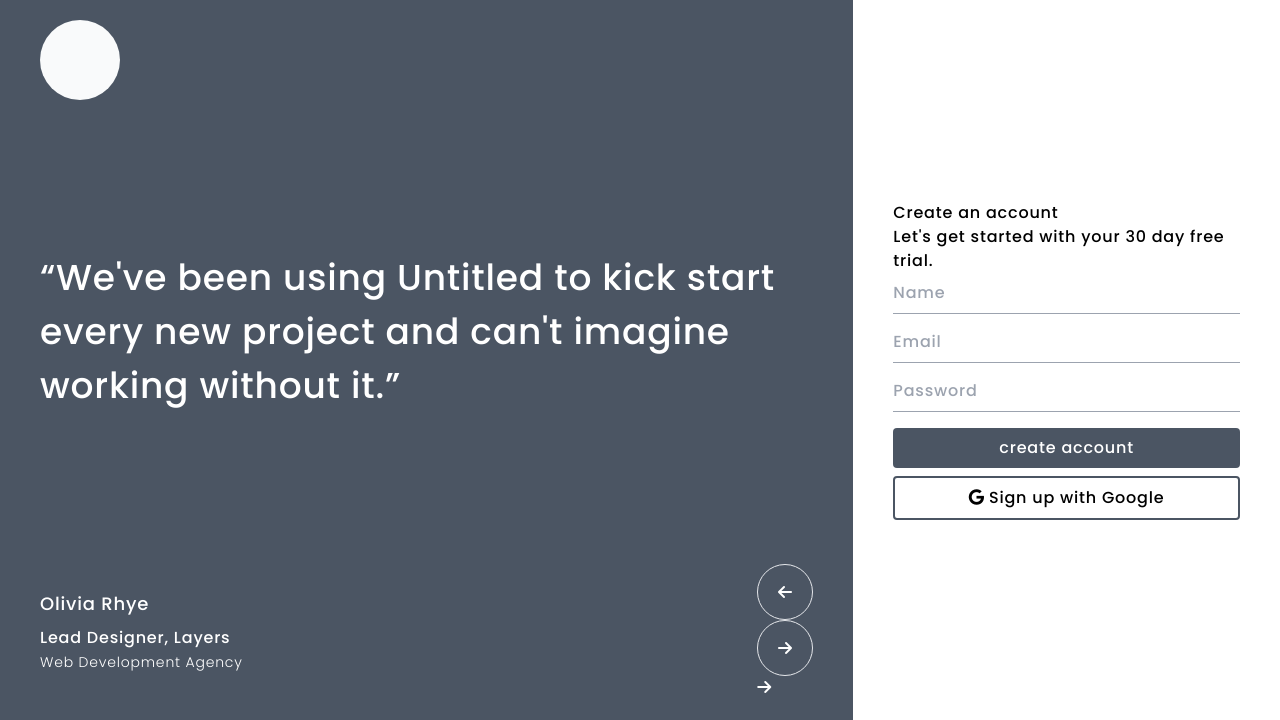
Repository: debthebuilder/youtube-html-contact-form-tailwindcss
Page: contact.html
These files come from the project's save history. The page is drawn as it stood at one moment and after the next save; the edit follows.
The browser window is 1280 px wide. The pictures show the whole page.
Some web libraries are served in a nearby version.

Above is the page before, as saved 2022-08-03 06:00:37.

### contact.html
<!DOCTYPE html>
<html lang="en">
<head>
    <meta charset="UTF-8">
    <meta http-equiv="X-UA-Compatible" content="IE=edge">
    <meta name="viewport" content="width=device-width, initial-scale=1.0">
    <link rel="stylesheet" href="https://cdnjs.cloudflare.com/ajax/libs/font-awesome/6.1.2/css/all.min.css" integrity="sha512-1sCRPdkRXhBV2PBLUdRb4tMg1w2YPf37qatUFeS7zlBy7jJI8Lf4VHwWfZZfpXtYSLy85pkm9GaYVYMfw5BC1A==" crossorigin="anonymous" referrerpolicy="no-referrer" />
    <link rel="preconnect" href="https://fonts.googleapis.com">
    <link rel="preconnect" href="https://fonts.gstatic.com" crossorigin>
    <link href="https://fonts.googleapis.com/css2?family=Poppins:wght@300;500;600&display=swap" rel="stylesheet">
    <script src="https://cdn.tailwindcss.com"></script>
    <title>HTML Contact Form</title>
    <style>
        body{
            font-family: 'Poppins', sans-serif;
        }
    </style>
</head>
<body>
    <div class="w-full h-screen flex tracking-wider">
        <!--Background Image with Overlay text-->
        <div class="w-4/6 bg-gray-600 text-white flex flex-col justify-between py-5 px-10">
            <a href="#" class="block">
                <div class="w-20 h-20 bg-gray-50 rounded-full"></div>
            </a>
            <q class="text-4xl leading-normal ">We've been using Untitled to kick start every new project and can't imagine working without it.</q>
            <div class="flex flex-row items-center justify-between">
                <div>
                    <h3 class="mb-2 text-lg">Olivia Rhye</h3>
                    <div class="font-normal">Lead Designer, Layers</div>
                    <span class="font-light text-sm">Web Development Agency</span>
                </div>
                <div>
                    <span class="w-14 h-14 flex items-center justify-center border rounded-full">
                        <i class="fa-solid fa-arrow-left"></i>
                    </span>
                    <span class="w-14 h-14 flex items-center justify-center border rounded-full">
                        <i class="fa-solid fa-arrow-right"></i>
                    </span>
                    <span>
                        <i class="fa-solid fa-arrow-right"></i>
                    </span>
                </div>
            </div>
        </div>
        <!--Form-->
        <div class="w-2/6 px-10 flex flex-col justify-center">
            <h2>Create an account</h2>
            <span>Let's get started with your 30 day free trial.</span>
            <form>
                <input type="text" name="name" placeholder="Name" class="w-full border-b border-gray-400 pb-2 focus:outline-none focus:border-0 focus:border-b-2 my-2">
                <input type="email" name="email" placeholder="Email" class="w-full border-b border-gray-400 pb-2 focus:outline-none focus:border-0 focus:border-b-2 my-2">
                <input type="password" name="password" placeholder="Password" class="w-full border-b border-gray-400 pb-2 focus:outline-none focus:border-0 focus:border-b-2 my-2">
                <button class="block bg-gray-600 w-full py-2 rounded my-2 text-white">create account</button>
                <button class="block border-2 border-gray-600  w-full py-2 rounded"><span class="mr-1"><i class="fa-brands fa-google"></i></span>Sign up with Google</button>
            </form>
        </div>
    </div>
</body>
</html>

After the next save:
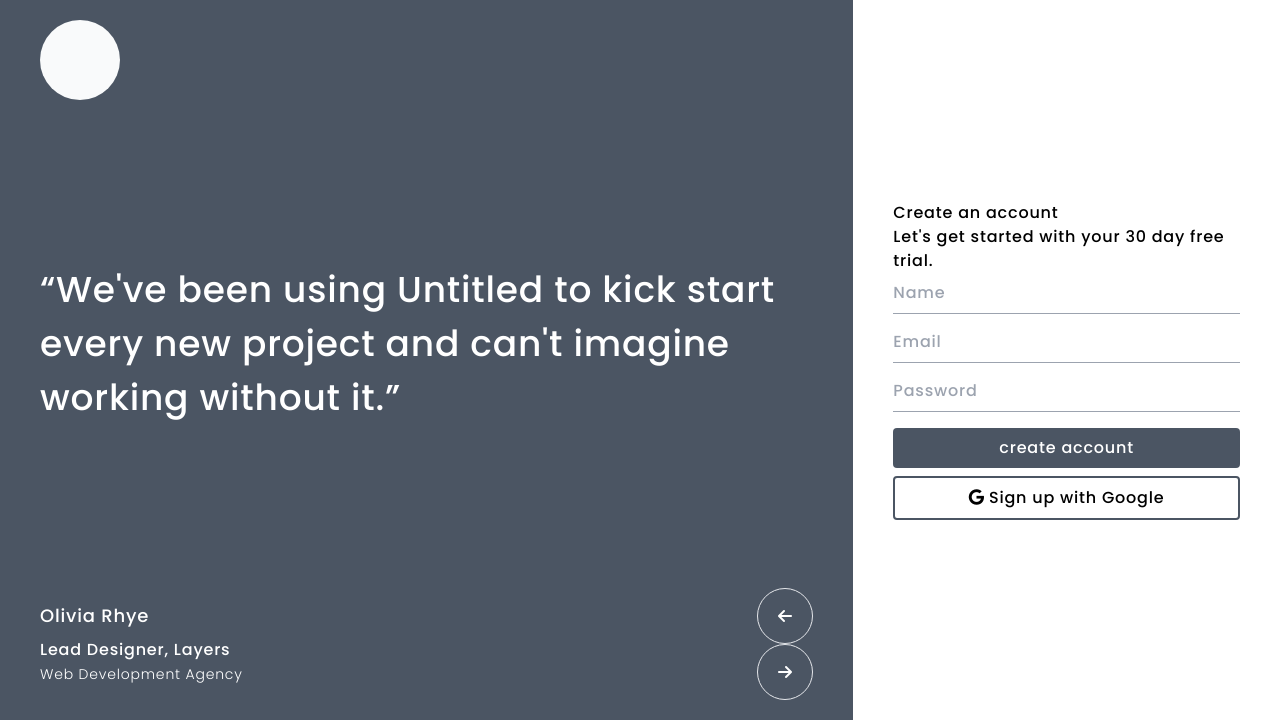
Saved 14 s later.
--- a/contact.html
+++ b/contact.html
@@ -37,9 +37,7 @@
                     <span class="w-14 h-14 flex items-center justify-center border rounded-full">
                         <i class="fa-solid fa-arrow-right"></i>
                     </span>
-                    <span>
-                        <i class="fa-solid fa-arrow-right"></i>
-                    </span>
+
                 </div>
             </div>
         </div>
